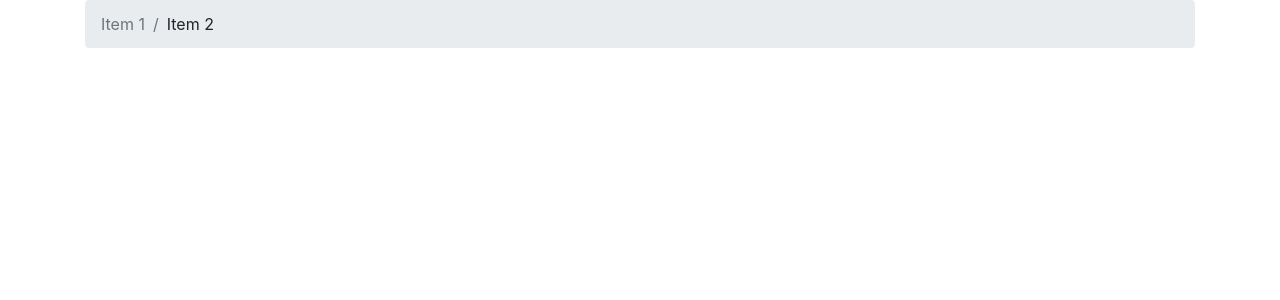
Repository: anhtu2110/front_end
Page: lesson/bootstrap/advance/5.6-breadcrumb.html
An editor plug-in stored every save of this project. The page is shown before and after the next save, followed by the edit.
The browser window is 1280 px wide. The pictures show the whole page.

Above is the page before, as saved 2022-12-07 06:07:14.

### lesson/bootstrap/advance/5.6-breadcrumb.html
<!DOCTYPE html>
<html lang="en">
  <head>
    <meta charset="UTF-8" />
    <meta http-equiv="X-UA-Compatible" content="IE=edge" />
    <meta name="viewport" content="width=device-width, initial-scale=1.0" />
    <link rel="stylesheet" href="./bootstrap/css/bootstrap.min.css" />
    <title>Document</title>
  </head>
  <body>
    <div class="container">
      <div class="row">
        <div class="col-md-12">
          <nav aria-label="Page breadcrumb">
            <ol class="breadcrumb">
              <li class="breadcrumb-item active" aria-current="page">Item 1</li>
              <li class="breadcrumb-item">Item 2</li>
            </ol>
          </nav>
        </div>
      </div>
    </div>
    <script src="js/jquery-3.6.1.min.js"></script>
    <script src="js/popper.min.js"></script>
    <script src="./bootstrap/js/bootstrap.min.js"></script>
  </body>
</html>

Loaded but not shown: lesson/bootstrap/advance/bootstrap/css/bootstrap.min.css (library); lesson/bootstrap/advance/js/jquery-3.6.1.min.js (library); lesson/bootstrap/advance/js/popper.min.js (library); lesson/bootstrap/advance/bootstrap/js/bootstrap.min.js (library)

After the next save:
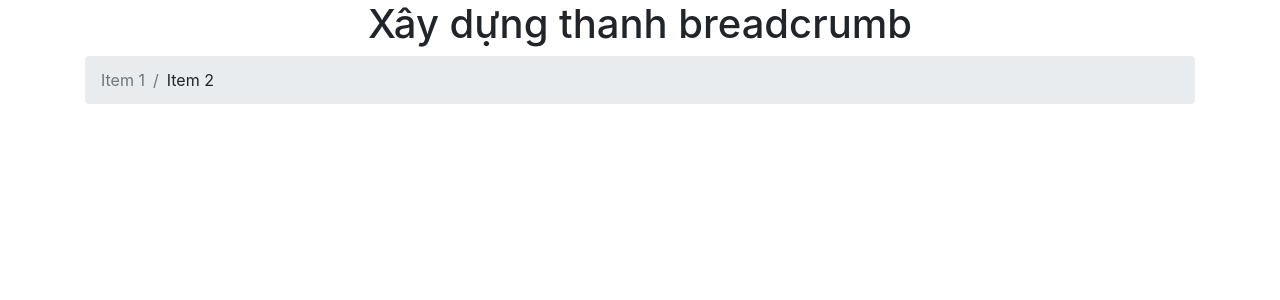
Saved 93 s later.
--- a/lesson/bootstrap/advance/5.6-breadcrumb.html
+++ b/lesson/bootstrap/advance/5.6-breadcrumb.html
@@ -5,12 +5,13 @@
     <meta http-equiv="X-UA-Compatible" content="IE=edge" />
     <meta name="viewport" content="width=device-width, initial-scale=1.0" />
     <link rel="stylesheet" href="./bootstrap/css/bootstrap.min.css" />
-    <title>Document</title>
+    <title>Xây dựng breadcrumb trong Boostrap</title>
   </head>
   <body>
     <div class="container">
       <div class="row">
         <div class="col-md-12">
+          <h1 class="text-center">Xây dựng thanh breadcrumb</h1>
           <nav aria-label="Page breadcrumb">
             <ol class="breadcrumb">
               <li class="breadcrumb-item active" aria-current="page">Item 1</li>
